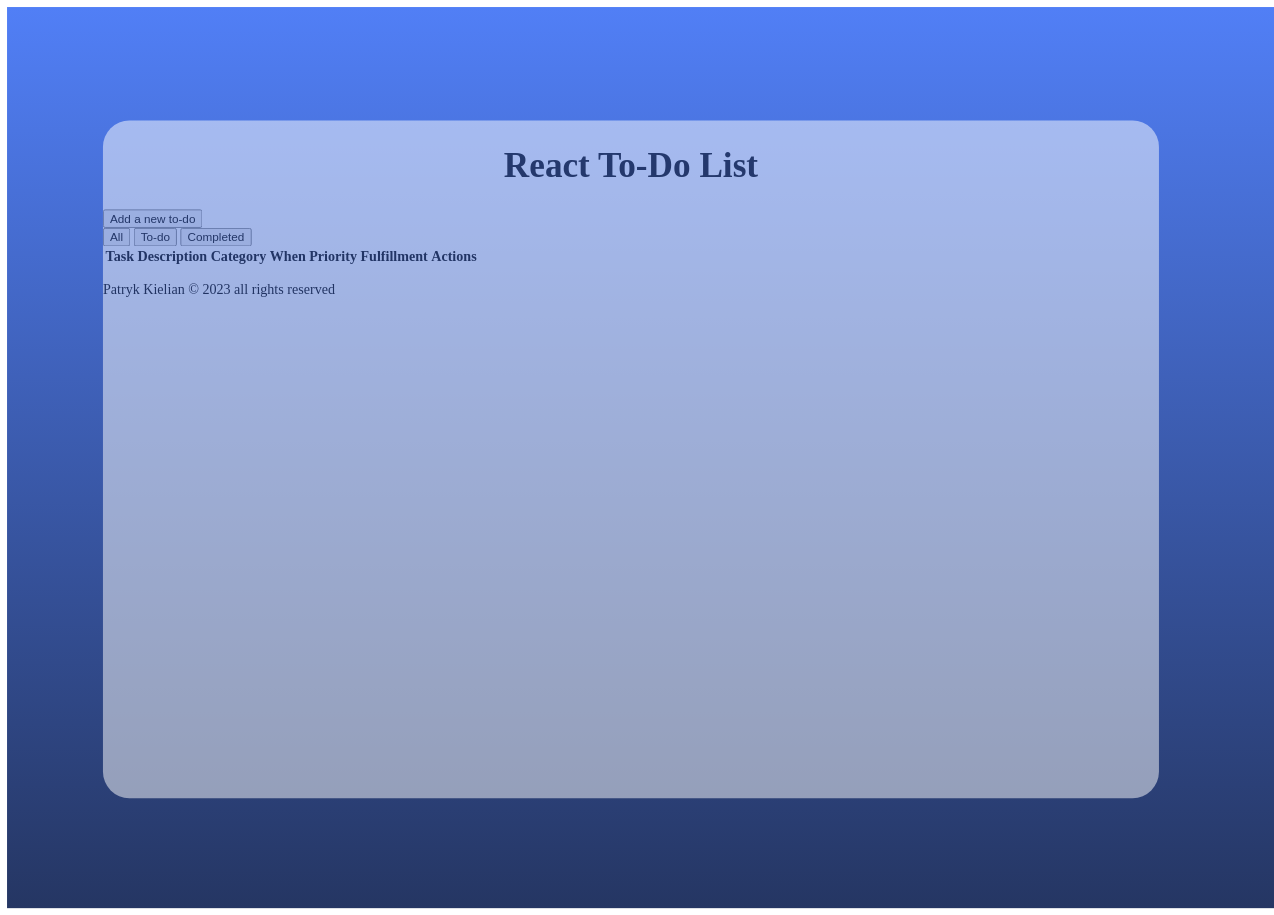
Repository: mirajane2/maquette-todo
Page: index.html
The author's editor kept a copy of each file at every save. The page is drawn from the files as they stood at one save, then again after the next save.
The browser window is 1280 px wide. The page is 1448 px wide, so the pictures cover 1448 px, including what lies to the right of the window. The pictures show the whole page, at 88% of full size.

Above is the page before, as saved 2024-11-12 16:41:19.

After the next save:
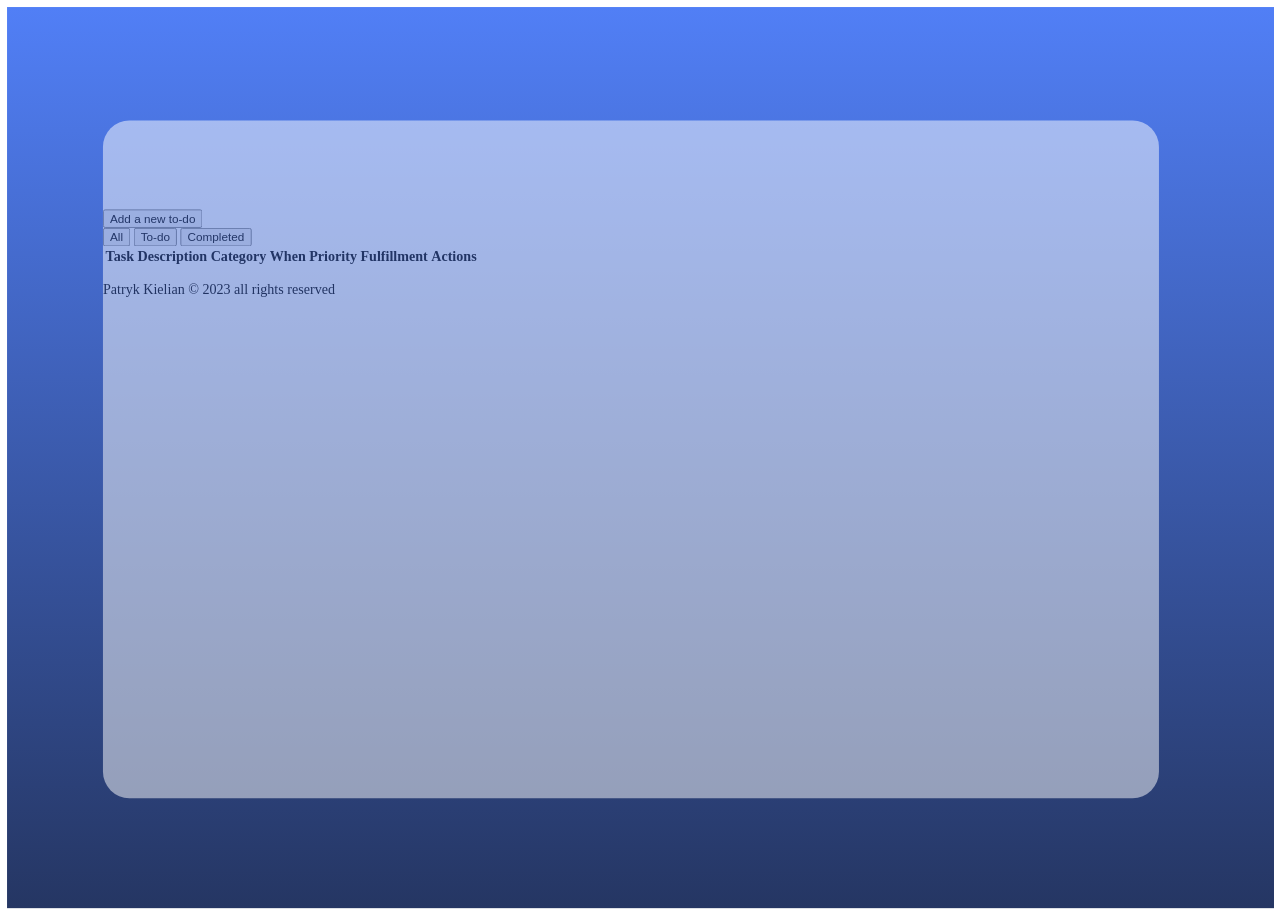
Saved 22 s later.
--- a/index.css
+++ b/index.css
@@ -17,7 +17,7 @@
 }
 
 .titre{
-
+    color: #FFFFFF;
     font-weight: bold;
     font-size: 40px;
     opacity: 100%;
